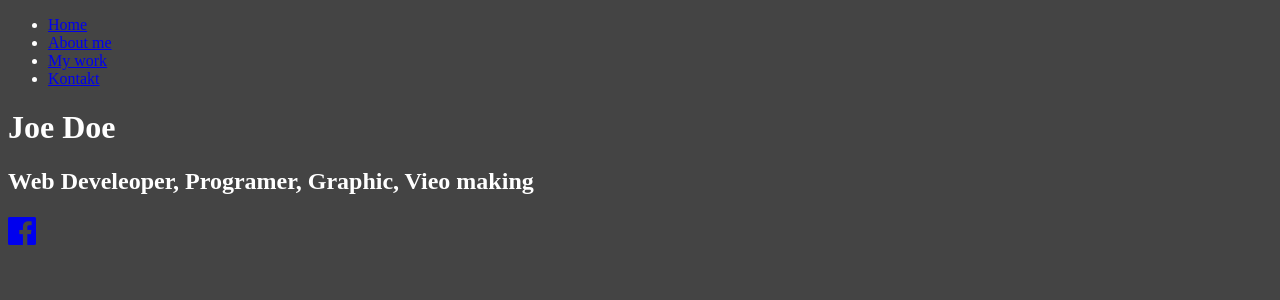
Repository: Zudoshi/morden-portfolio-test
Page: dist/index.html
These files come from the project's save history. The page is drawn as it stood at one moment and after the next save; the edit follows.
The browser window is 1280 px wide. The pictures show the whole page.
Some web libraries are served in a nearby version. The style sheet was rebuilt from its Sass, Less or Tailwind sources for each picture, by a compiler version that may differ from the author's.

Above is the page before, as saved 2019-12-29 21:44:51.

After the next save:
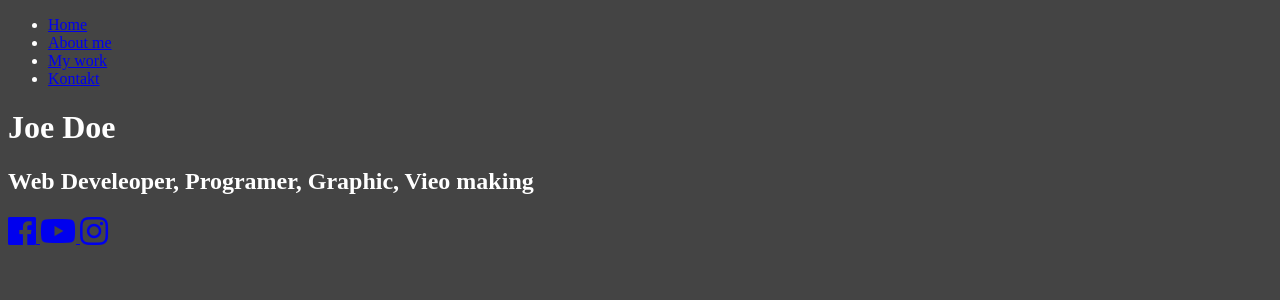
Saved 21 s later.
--- a/dist/index.html
+++ b/dist/index.html
@@ -51,6 +51,12 @@
         <a href="#!">
           <i class="fab fa-facebook fa-2x"></i>
         </a>
+        <a href="#!">
+          <i class="fab fa-youtube fa-2x"></i>
+        </a>
+        <a href="#!">
+          <i class="fab fa-instagram fa-2x"></i>
+        </a>
       </div>
     </main>
   </body>
